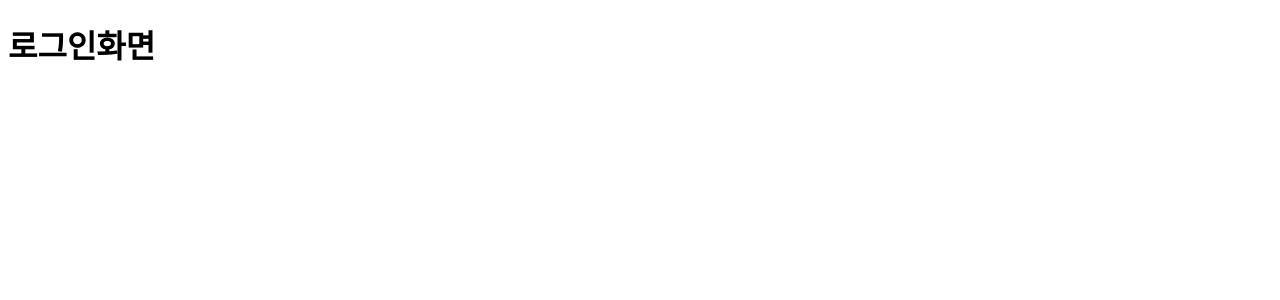
Repository: honsb91/Study_Spring
Page: http://localhost/01.Web/login
An editor plug-in stored every save of this project. The page is shown before and after a run of saves, followed by the edit.
The browser window is 1280 px wide. The pictures show the whole page.
The page is served by Tomcat 9.

Above is the page before, as saved 2023-12-21 01:26:16.

After the next 2 saves:
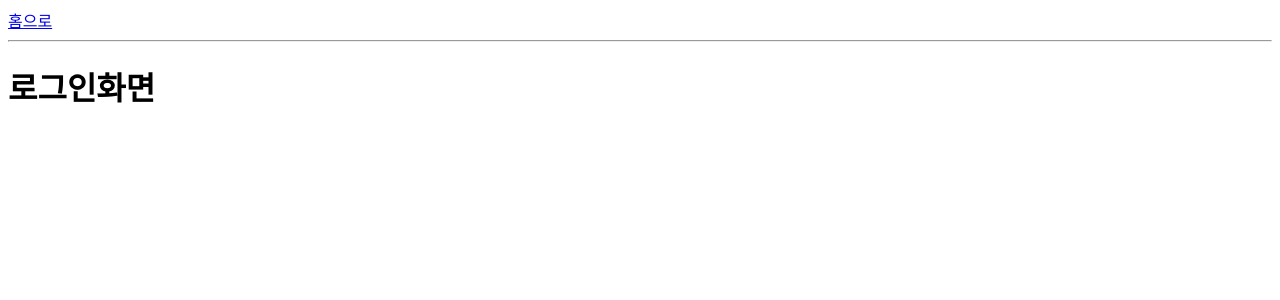
The 2 saves are shown as one change because they came seconds apart.
The last was saved 50 s later.
--- a/WorkSpace/01.Web/src/main/webapp/WEB-INF/views/member/login.jsp
+++ b/WorkSpace/01.Web/src/main/webapp/WEB-INF/views/member/login.jsp
@@ -1,5 +1,5 @@
 <%@ page language="java" contentType="text/html; charset=UTF-8"
-    pageEncoding="UTF-8"%>
+	pageEncoding="UTF-8"%>
 <%@ taglib uri="http://java.sun.com/jsp/jstl/core" prefix="c"%>
 <!DOCTYPE html>
 <html>
@@ -8,6 +8,8 @@
 <title>Insert title here</title>
 </head>
 <body>
+	<a href="<c:url value='/'/>">홈으로</a>
+	<hr>
 	<h1>로그인화면</h1>
 </body>
 </html>
